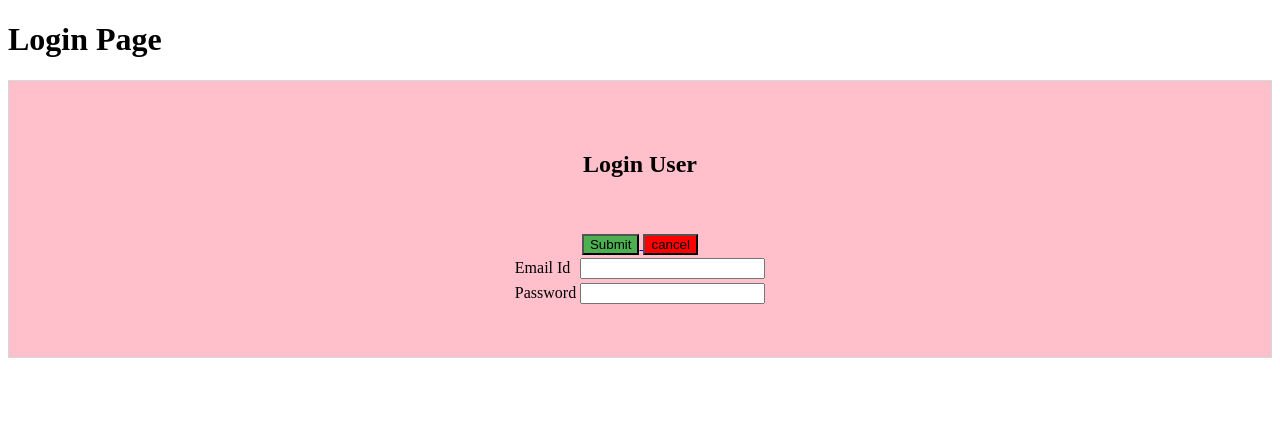
Repository: ashwinipatil321/ServletPrograms
Page: http://localhost/loginAndRegisterServlet/login.jsp
These files come from the project's save history. The page is drawn as it stood at one moment and after the next save; the edit follows.
The browser window is 1280 px wide. The pictures show the whole page.
The page is served by Tomcat 9. Other server files are loaded and not shown.

Above is the page before, as saved 2017-11-06 13:29:59.

### loginAndRegisterServlet/WebContent/login.jsp
<%@ page language="java" contentType="text/html; charset=UTF-8"
	pageEncoding="UTF-8"%>
<!DOCTYPE html PUBLIC "-//W3C//DTD HTML 4.01 Transitional//EN" "http://www.w3.org/TR/html4/loose.dtd">
<html>
<head>
<meta http-equiv="Content-Type" content="text/html; charset=UTF-8">
<title>welcome Login page</title>
<style type="text/css">
center {
	border: 1px solid #D5D8DC;
	padding: 50px;
	margin: auto;
	background-color: pink;
}

.button {
	background-color: #4CAF50;
}

.button1 {
	background-color: red;
}

</style>
</head>
<body>
	<h1>Login Page</h1>


	<div>
		<center>
			<form action="Login" method="post">
				<table border="0">
					<h2>Login User</h2>
					<tr>
						<td>Email Id</td><br>
						<td><input type="text" name="emailId"></td>
					</tr>
					<tr>
						<td>Password</td><br>
						<td><input type="text" name="password"></td>
					</tr>

					<input type="submit" value="Submit" class="button">
					<a href="Register.jsp"> <input type="button" value="cancel"
						class="button1"></a>
				</table>
			</form>
				</center>
		</div>

</body>
</html>

After the next save:
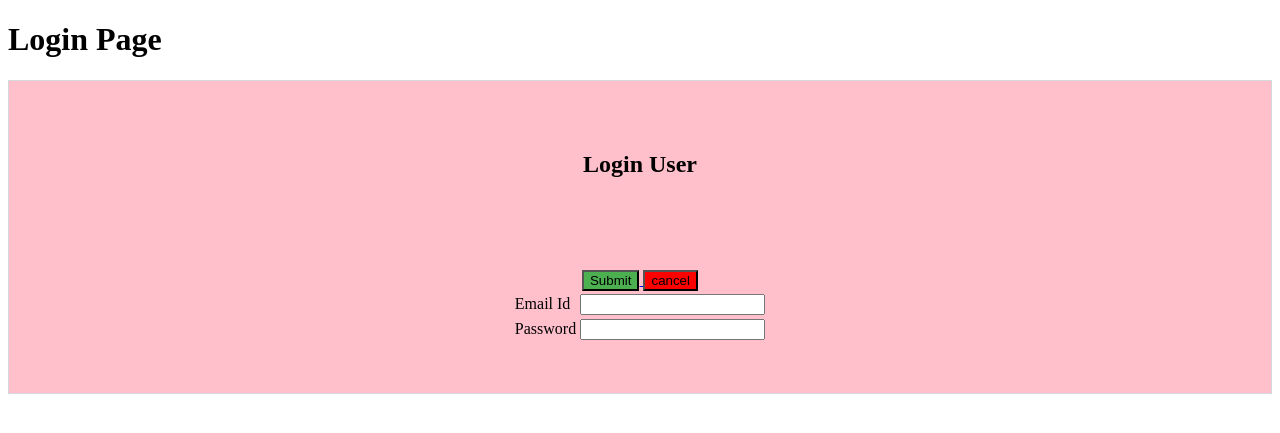
Saved 58 s later.
--- a/loginAndRegisterServlet/WebContent/login.jsp
+++ b/loginAndRegisterServlet/WebContent/login.jsp
@@ -34,11 +34,11 @@ center {
 					<h2>Login User</h2>
 					<tr>
 						<td>Email Id</td><br>
-						<td><input type="text" name="emailId"></td>
+						<td><input type="text" name="emailId"></td><br>
 					</tr>
 					<tr>
 						<td>Password</td><br>
-						<td><input type="text" name="password"></td>
+						<td><input type="text" name="password"></td><br>
 					</tr>
 
 					<input type="submit" value="Submit" class="button">
